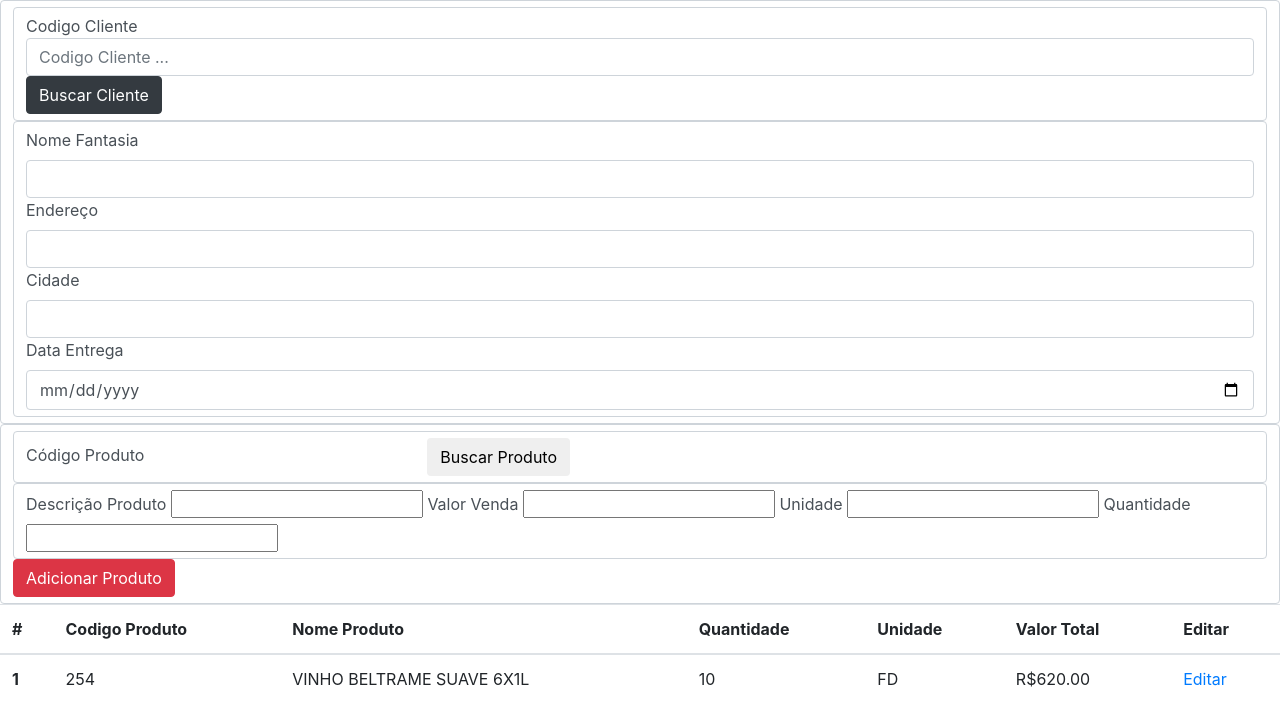
Repository: RobertoAntunes35/controle-estoque
Page: backend/templates/paginaGeracaoPedidos.html
An editor plug-in stored every save of this project. The page is shown before and after the next save, followed by the edit.
The browser window is 1280 px wide. The pictures show the whole page.
Some web libraries are served in a nearby version. The template is drawn by Flask 3. The application's start-up code is not run. Other server files are loaded and not shown. The template is opened directly, without the code that normally fills it, so the values that code supplies are empty.

Above is the page before, as saved 2023-06-06 10:52:20.

### backend/templates/paginaGeracaoPedidos.html
{% extends "index.html" %}

{% block title %} Geração Pedidos {% endblock %}

{% block content %}
<div class="content-geracao-pedido">
        <form action="">
            <div class="data-clientes form-control">
                <div class="buscar form-control">
                    <label class="form-check-label" for="">Codigo Cliente</label>
                    <input class="form-control" type="text" name="codigoCliente" id="codigoCliente" placeholder="Codigo Cliente ...">
                    <a href="#" class="btn btn-dark">Buscar Cliente</a>
                </div>

                <div class="datas-cliente form-control">
                    <label for="">Nome Fantasia</label>
                    <input class="form-control" type="text" name="nomeFantasia" id="nomeFantasia">

                    <label for="">Endereço</label>
                    <input class="form-control" type="text" name="enderecoCliente" id="enderecoCliente">

                    <label for="">Cidade</label>
                    <input class="form-control" type="text" name="cidadeCliente" id="cidadeCliente">

                    <label for="">Data Entrega</label>
                    <input class="form-control" type="date" name="dataEntrega" id="dataEntrega">
                </div>
            </div>
            <div class="produtos">
                <div class="busca-produtos form-control">
                    <div class="busca form-control">
                        <label for="">Código Produto</label>
                        <input class="btn" type="text" name="codigoProduto" id="codigoProduto">
                        <button class="btn" id="btnBuscaProduto" name="btnBuscaProduto">Buscar Produto</button>
                    </div>
                    <div class="dados-produtos form-control">
                        <label for="">Descrição Produto</label>
                        <input type="text" name="descricaoProduto" id="descricaoProduto">

                        <label for="">Valor Venda</label>
                        <input type="number" name="valorVenda" id="valorVenda">

                        <label for="">Unidade</label>
                        <input type="text" name="unidadeProduto" id="unidadeProduto">

                        <label for="">Quantidade</label>
                        <input type="number">
                    </div>
                    <button class="btn btn-danger">Adicionar Produto</button>
                </div>


                <table class="table">
                    <thead>
                        <tr>
                            <th scope="col">#</th>
                            <th scope="col">Codigo Produto</th>
                            <th scope="col">Nome Produto</th>
                            <th scope="col">Quantidade</th>
                            <th scope="col">Unidade</th>
                            <th scope="col">Valor Total</th>
                            <th scope="col">Editar</th>
                        </tr>
                    </thead>

                    <tbody>
                        <tr>
                            <th scope="row">1</th>
                            <td>254</td>
                            <td>VINHO BELTRAME SUAVE 6X1L</td>
                            <td>10</td>
                            <td>FD</td>
                            <td>R$620.00</td>
                            <td><a href="#">Editar</a></td>
                        </tr>
                    </tbody>

                </table>

            </div>

        </form>
    </div>

{% endblock %}

### backend/templates/index.html
<!DOCTYPE html>
<html lang="en">

{% block head %}
<head>
    <meta charset="UTF-8">
    <meta http-equiv="X-UA-Compatible" content="IE=edge">
    <meta name="viewport" content="width=device-width, initial-scale=1.0">
    <title>{% block title %} {% endblock %}</title>

    <script src="https://ajax.googleapis.com/ajax/libs/jquery/3.5.1/jquery.min.js"></script>
    <!-- CSS INTERNO -->
    <link rel="stylesheet" href="{{ url_for('static', filename='css/globalStyle.css') }}">

    <!-- FONTE -->

    <!-- BOOTSTRAP -->
    <link rel="stylesheet" href="https://maxcdn.bootstrapcdn.com/bootstrap/4.0.0/css/bootstrap.min.css">
    <script src="https://maxcdn.bootstrapcdn.com/bootstrap/4.0.0/js/bootstrap.min.js"></script>
    <script src="https://cdnjs.cloudflare.com/ajax/libs/popper.js/1.12.9/umd/popper.min.js"></script>

    <!-- SCRIPT INTERNO -->
    <script src="{{ url_for('static' , filename='js/script.js') }}"></script>

    <!-- SCRIPTS AUXILIARES -->

</head>
{% endblock %}

<body>
   <div class="content">
    {% block content %} {% endblock %}
    </div>

</body>
</html>

### backend/static/css/globalStyle.css
* {
    margin: 0 auto;
    padding: 0;
    box-sizing: border-box;
}

.div-formulario {
    border: 1px solid;
}

.container {
    display: flex;
    justify-content: left;
    align-items: center;
    width: 100vw;
    height: 100vh;

    /* border: 1px solid; */
}

.search-product{
    /* border: 1px solid; */
}
.values-find{
    /* border: 1px solid; */
}

.choices-values{
    /* border: 1px solid; */
}

### backend/static/js/script.js

$(document).ready(function() {
    $('#btnBuscar').click(function(event) {
        event.preventDefault();

        var inputValue = $('#codigo').val();
        console.log(inputValue);

    $.ajax({
        url: '/busca_produtos',
        type: 'POST',
        data: {codigoProduto: inputValue},
        success: function(date) {
            $('#descricao').val(date.updatedValue.descricao)
            $('#codigoFornecedor').val(date.updatedValue.codigoFornecedor)
            $('#unidade').val(date.updatedValue.unidade)
        }
    });
    });
});


function verificarEnter(event) {
    if(event.keyCode === 13) {
        event.preventDefault();

        var botao = document.getElementById("btnBuscar")
        botao.click();
    }
}

After the next save:
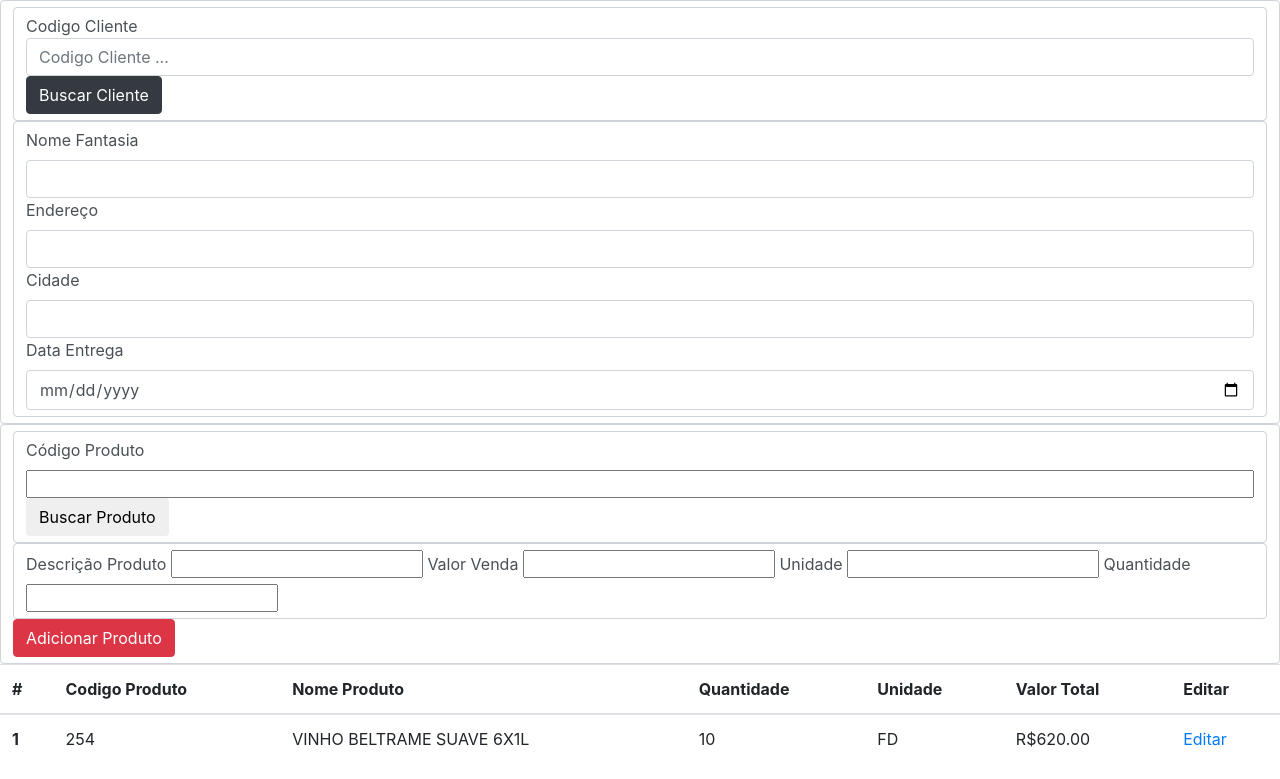
Saved 6 s later.
--- a/backend/templates/paginaGeracaoPedidos.html
+++ b/backend/templates/paginaGeracaoPedidos.html
@@ -30,7 +30,7 @@
                 <div class="busca-produtos form-control">
                     <div class="busca form-control">
                         <label for="">Código Produto</label>
-                        <input class="btn" type="text" name="codigoProduto" id="codigoProduto">
+                        <input class="input-group" type="text" name="codigoProduto" id="codigoProduto">
                         <button class="btn" id="btnBuscaProduto" name="btnBuscaProduto">Buscar Produto</button>
                     </div>
                     <div class="dados-produtos form-control">
